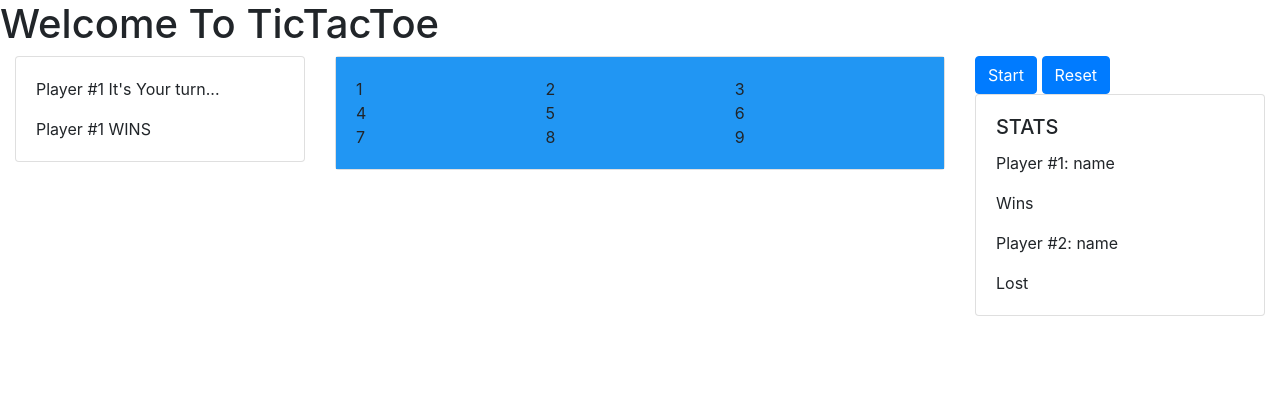
Repository: rOluochKe/JS-TicTacToe
Page: index.html
The author's editor kept a copy of each file at every save. The page is drawn from the files as they stood at one save, then again after the next save.
The browser window is 1280 px wide. The pictures show the whole page.
Some web libraries are served in a nearby version.

Above is the page before, as saved 2020-05-27 00:36:21.
Not found: css/reset.css

After the next save:
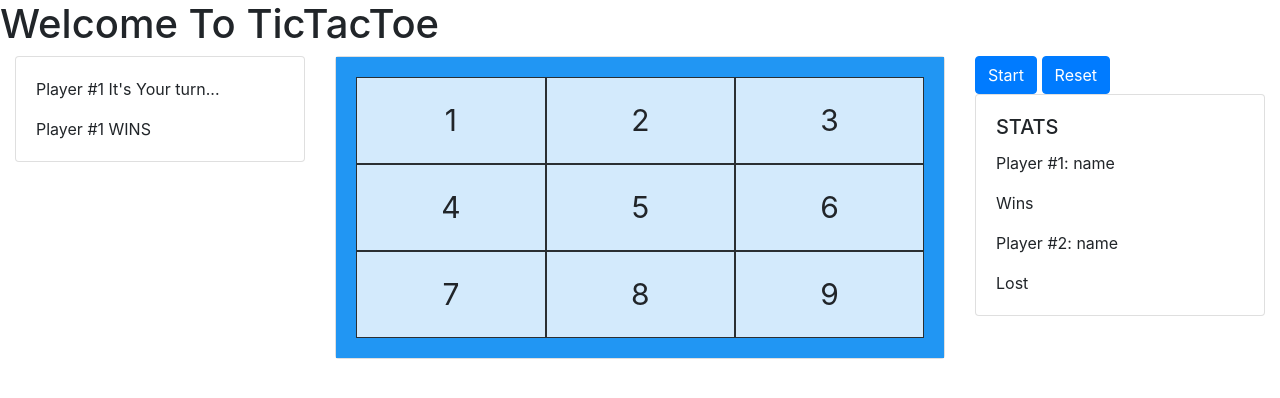
Saved 19 s later.
--- a/css/styles.css
+++ b/css/styles.css
@@ -4,3 +4,11 @@
   background-color: #2196F3;
   padding: 10px
 }
+
+.cell {
+  background-color: rgba(255, 255, 255, 0.8);
+  border: 1px solid rgba(0, 0, 0, 0.8);
+  padding: 20px;
+  font-size: 30px;
+  text-align: center;
+}
